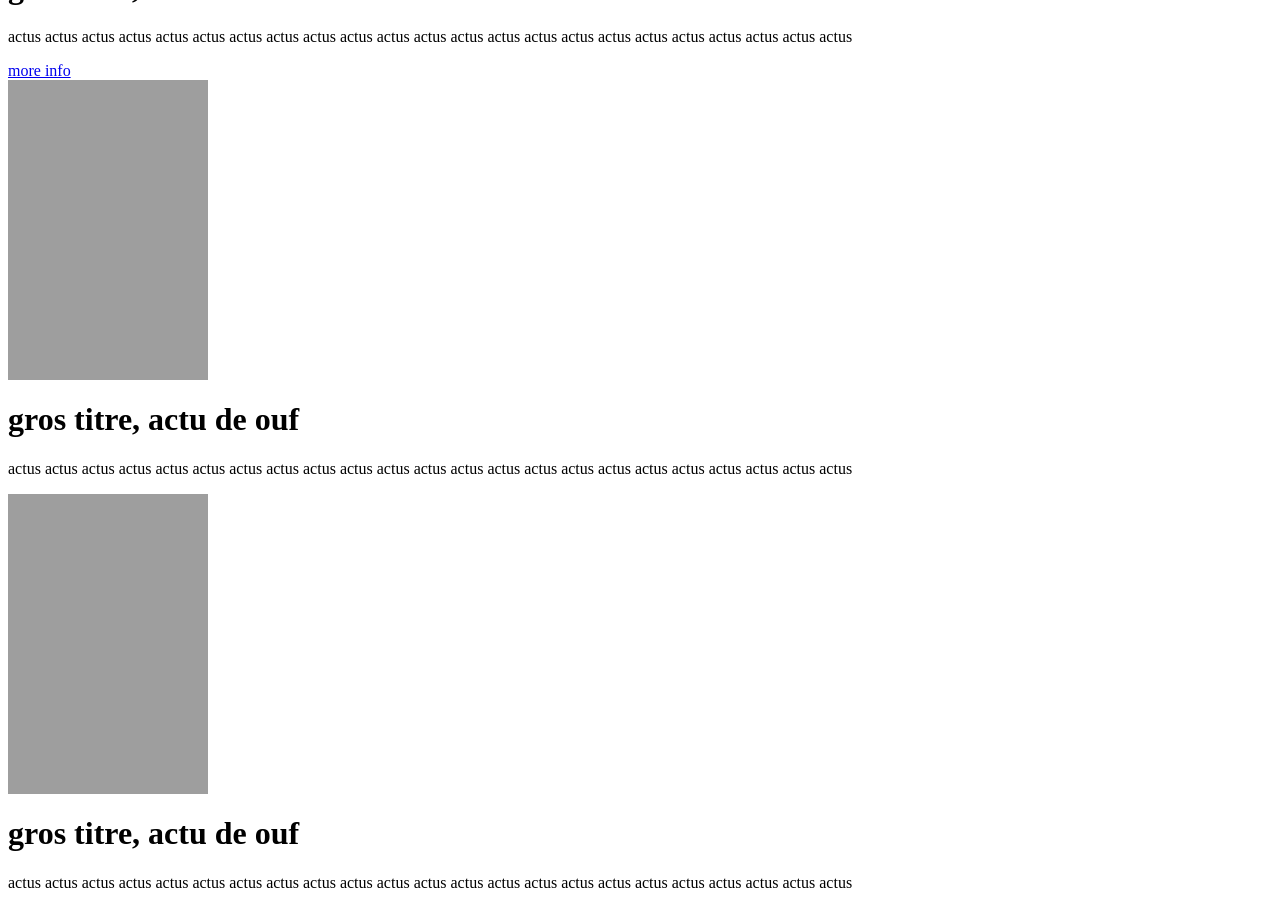
Repository: Mini-T/git-course
Page: actualites/actualite.html
These files come from the project's save history. The page is drawn as it stood at one moment and after a run of saves; the edit follows.
The browser window is 1280 px wide. The pictures show the part of the page from y = 360 to 1312 px (the page is 1268 px tall before and 1312 px after).
Pictures or frames that could not be fetched are drawn as grey boxes.

Above is the page before, as saved 2022-09-26 15:10:05.

### actualites/actualite.html
<html>
    <body>
        <div>
            <div>
                <img src="https://picsum.photos/200/300?random=1">
                <div>
                    <h1>
                        gros titre, actu de ouf
                    </h1>
                    <p>actus actus actus actus actus actus actus actus actus actus actus actus actus actus actus actus actus actus actus actus actus actus actus </p>
                    <a href="./single-actualite_1.html">more info</a>
                </div>
            </div>
            <div>
                <img src="https://picsum.photos/200/300?random=2" alt="actu">
                <div>
                    <h1>
                        gros titre, actu de ouf
                    </h1>
                    <p>actus actus actus actus actus actus actus actus actus actus actus actus actus actus actus actus actus actus actus actus actus actus actus </p>
                    <a href="./single-actualite_2.html"></a>
                </div>
            </div>
            <div>
                <img src="https://picsum.photos/200/300?random=3" alt="actu">
                <div>
                    <h1>
                        gros titre, actu de ouf
                    </h1>
                    <p>actus actus actus actus actus actus actus actus actus actus actus actus actus actus actus actus actus actus actus actus actus actus actus </p>
                    <a href="./single-actualite_3.html"></a>
                </div>
            </div>
        </div>
    </body>
</html>

After the next 2 saves:
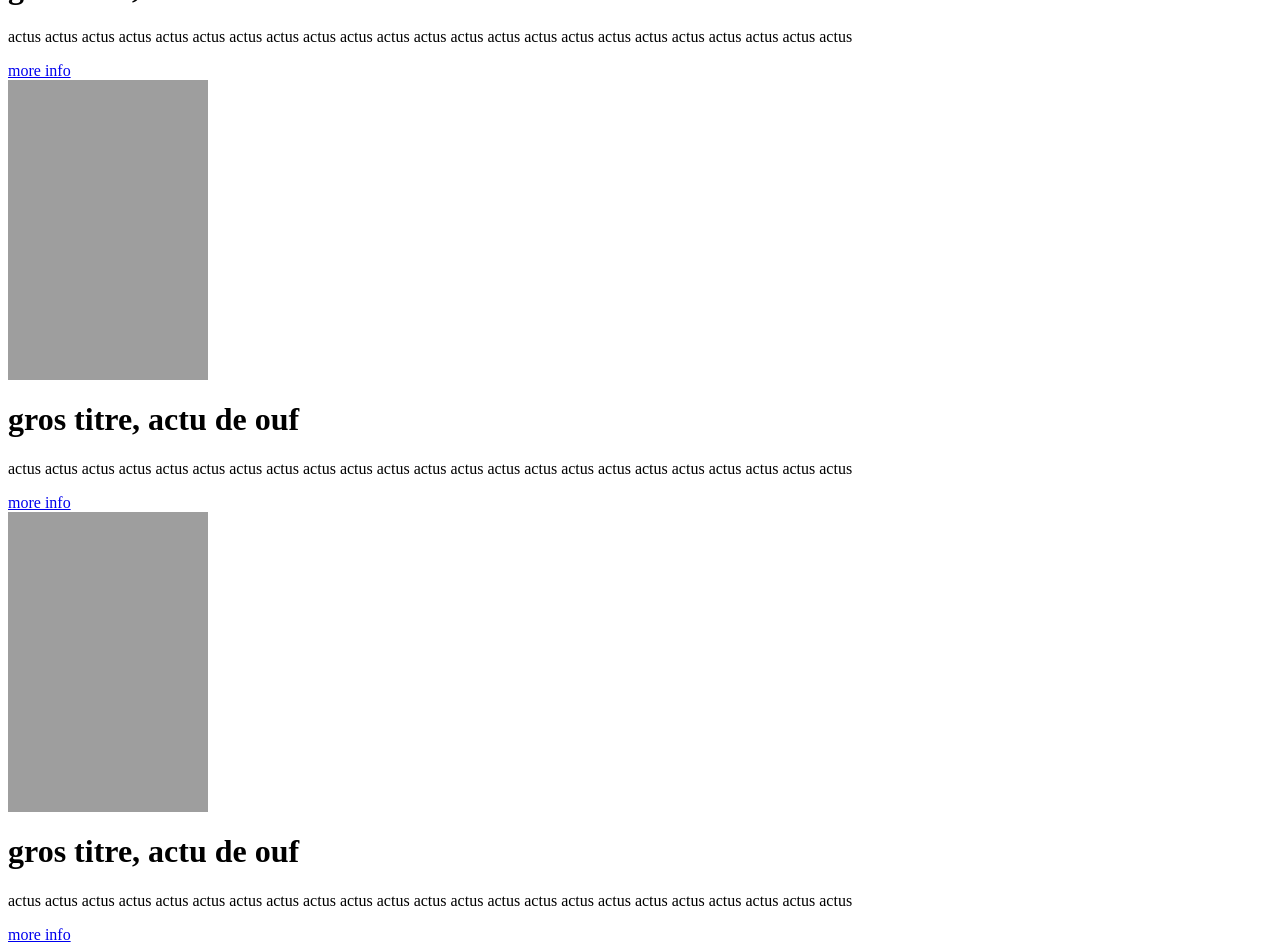
The 2 saves are shown as one change because they came seconds apart.
The last was saved 16 s later.
--- a/actualites/actualite.html
+++ b/actualites/actualite.html
@@ -18,7 +18,7 @@
                         gros titre, actu de ouf
                     </h1>
                     <p>actus actus actus actus actus actus actus actus actus actus actus actus actus actus actus actus actus actus actus actus actus actus actus </p>
-                    <a href="./single-actualite_2.html"></a>
+                    <a href="./single-actualite_2.html">more info</a>
                 </div>
             </div>
             <div>
@@ -28,7 +28,7 @@
                         gros titre, actu de ouf
                     </h1>
                     <p>actus actus actus actus actus actus actus actus actus actus actus actus actus actus actus actus actus actus actus actus actus actus actus </p>
-                    <a href="./single-actualite_3.html"></a>
+                    <a href="./single-actualite_3.html">more info</a>
                 </div>
             </div>
         </div>
